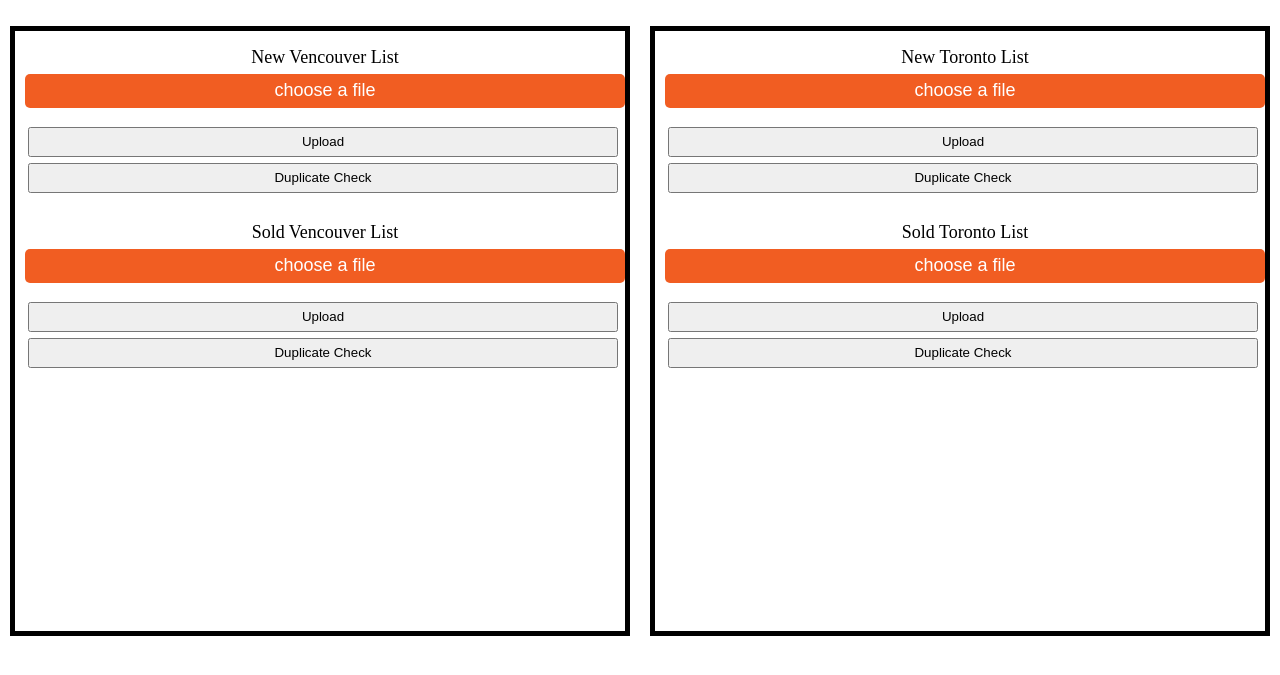
Repository: ah-sabbir/TIAM
Page: src/index.html
These files come from the project's save history. The page is drawn as it stood at one moment and after the next save; the edit follows.
The browser window is 1280 px wide. The pictures show the whole page.

Above is the page before, as saved 2022-05-16 17:27:02.
Console error: TypeError: Cannot read properties of null (reading 'addEventListener')

### src/index.html
<!DOCTYPE html>
<html>
  <head>
    <meta charset="UTF-8">
    <link rel="stylesheet" type="text/css" href="./index.css">
    <title>React-js + Electron + Sqlite3</title>
  </head>
  <body>
    <!-- <h1>React-js + Electron + Sqlite3</h1> -->
    <div id="app">
    </div>
    <div class="container">
      <div class="row">
        <div class="box">
          <label>New Vencouver List</label>
          <input type="file" accept=".csv" id="NewVencouverList" />
          <label for="NewVencouverList" />choose a file</label>
          <button id="btn-NewVencouverList-upload">Upload</button>
          <button id="btn-NewVencouverList-isDuplicate">Duplicate Check</button>
        </div>
        <div class="box">
          <label>Sold Vencouver List</label>
          <input type="file" accept=".csv" id="SoldVencouverList" />
          <label for="SoldVencouverList" />choose a file</label>
          <button id="btn-SoldVencouverList-upload">Upload</button>
          <button id="btn-SoldVencouverList-isDuplicate">Duplicate Check</button>
        </div>
      </div>
      <div class="row">
        <div class="box">
          <label>New Toronto List</label>
          <input type="file" accept=".csv" id="NewTorontoList" />
          <label for="NewTorontoList" />choose a file</label>
          <button id="btn-NewTorontoList-upload">Upload</button>
          <button id="btn-NewTorontoList-isDuplicate">Duplicate Check</button>
        </div>
        <div class="box">
          <label>Sold Toronto List</label>
          <input type="file" accept=".csv" id="SoldTorontoList" />
          <label for="SoldTorontoList" />choose a file</label>
          <button id="btn-SoldTorontoList-upload">Upload</button>
          <button id="btn-SoldTorontoList-isDuplicate">Duplicate Check</button>
        </div>
      </div>
    </div>


    <script src="./index.js"></script>
  </body>
</html>

### src/index.css

@charset "UTF-8";

.container{
    display: flex;
    flex-direction: row;
    align-items: center;
    align-content: center;
    justify-content: center;
}

.row{
    display: flex;
    flex-direction: column;
    margin: 10px;
    border: solid 5px black;
    width: 100%;
    min-height: 600px;
    max-height: 1024px;
}

.box{
    display: flex;
    flex-direction: column;
    align-items: flex-start;
    align-content: center;
    justify-content: center;
    /* height: 200px;
    width: 200px; */
    padding: 5px;
    margin: 5px;
}
button{
    width: 100%;
    height: 30px;
    margin: 3px;
}

label{
    width: 100%;
    text-align: center;
    padding: 5px;
}





[type=file] {
  height: 0;
  overflow: hidden;
  width: 0;
}

[type=file] + label {
    width: 100%;
    background: #f15d22;
    border: none;
    border-radius: 5px;
    color: #fff;
    cursor: pointer;
    display: inline-block;
    font-family: "Rubik", sans-serif;
    font-size: inherit;
    font-weight: 500;
    margin-bottom: 1rem;
    outline: none;
    /* padding: 1rem 50px; */
    /* position: relative; */
    transition: all 0.3s;
    vertical-align: middle;
}
[type=file] + label:hover {
  background-color: #d3460d;
}
[type=file] + label.btn-1 {
  background-color: #f79159;
  box-shadow: 0 6px #f57128;
  transition: none;
}
[type=file] + label.btn-1:hover {
  box-shadow: 0 4px #f57128;
  top: 2px;
}
[type=file] + label.btn-2 {
  background-color: #99c793;
  border-radius: 50px;
  overflow: hidden;
}
[type=file] + label.btn-2::before {
  color: #fff;
  content: "";
  font-family: "Font Awesome 5 Pro";
  font-size: 100%;
  height: 100%;
  right: 130%;
  line-height: 3.3;
  position: absolute;
  top: 0px;
  transition: all 0.3s;
}
[type=file] + label.btn-2:hover {
  background-color: #497f42;
}
[type=file] + label.btn-2:hover::before {
  right: 75%;
}
[type=file] + label.btn-3 {
  background-color: #ee6d9e;
  border-radius: 0;
  overflow: hidden;
}
[type=file] + label.btn-3 span {
  display: inline-block;
  height: 100%;
  transition: all 0.3s;
  width: 100%;
}
[type=file] + label.btn-3::before {
  color: #fff;
  content: "";
  font-family: "Font Awesome 5 Pro";
  font-size: 130%;
  height: 100%;
  left: 0;
  line-height: 2.6;
  position: absolute;
  top: -180%;
  transition: all 0.3s;
  width: 100%;
}
[type=file] + label.btn-3:hover {
  background-color: #ae144f;
}
[type=file] + label.btn-3:hover span {
  transform: translateY(300%);
}
[type=file] + label.btn-3:hover::before {
  top: 0;
}

body {
  font-family: "Literata", serif;
  font-size: 18px;
  line-height: 1.3;
  margin: 1rem 0;
  text-align: center;
}

.wrapper {
  background-color: #fff;
  border-radius: 1rem;
  margin: 0 auto;
  max-width: 500px;
  padding: 2rem;
  width: 100%;
}

.footer {
  font-size: 0.8rem;
  margin-bottom: 0;
  margin-top: 3rem;
}

h1,
p {
  margin-bottom: 2rem;
}

h1 {
  font-family: "Rubik", sans-serif;
  font-size: 1.7rem;
}

a {
  color: #31c1ef;
  text-decoration: none;
}

### src/index.js
const btn = document.getElementById("btn-signal");
const file = document.getElementById("NewVancouver");
var punctuationRegEx = /[!-/:-@[-`{-~¡-©«-¬®-±´¶-¸»¿×÷˂-˅˒-˟˥-˫˭˯-˿͵;΄-΅·϶҂՚-՟։-֊־׀׃׆׳-״؆-؏؛؞-؟٪-٭۔۩۽-۾܀-܍߶-߹।-॥॰৲-৳৺૱୰௳-௺౿ೱ-ೲ൹෴฿๏๚-๛༁-༗༚-༟༴༶༸༺-༽྅྾-࿅࿇-࿌࿎-࿔၊-၏႞-႟჻፠-፨᎐-᎙᙭-᙮᚛-᚜᛫-᛭᜵-᜶។-៖៘-៛᠀-᠊᥀᥄-᥅᧞-᧿᨞-᨟᭚-᭪᭴-᭼᰻-᰿᱾-᱿᾽᾿-῁῍-῏῝-῟῭-`´-῾\u2000-\u206e⁺-⁾₊-₎₠-₵℀-℁℃-℆℈-℉℔№-℘℞-℣℥℧℩℮℺-℻⅀-⅄⅊-⅍⅏←-⏧␀-␦⑀-⑊⒜-ⓩ─-⚝⚠-⚼⛀-⛃✁-✄✆-✉✌-✧✩-❋❍❏-❒❖❘-❞❡-❵➔➘-➯➱-➾⟀-⟊⟌⟐-⭌⭐-⭔⳥-⳪⳹-⳼⳾-⳿⸀-\u2e7e⺀-⺙⺛-⻳⼀-⿕⿰-⿻\u3000-〿゛-゜゠・㆐-㆑㆖-㆟㇀-㇣㈀-㈞㈪-㉃㉐㉠-㉿㊊-㊰㋀-㋾㌀-㏿䷀-䷿꒐-꓆꘍-꘏꙳꙾꜀-꜖꜠-꜡꞉-꞊꠨-꠫꡴-꡷꣎-꣏꤮-꤯꥟꩜-꩟﬩﴾-﴿﷼-﷽︐-︙︰-﹒﹔-﹦﹨-﹫！-／：-＠［-｀｛-･￠-￦￨-￮￼-�]|\ud800[\udd00-\udd02\udd37-\udd3f\udd79-\udd89\udd90-\udd9b\uddd0-\uddfc\udf9f\udfd0]|\ud802[\udd1f\udd3f\ude50-\ude58]|\ud809[\udc00-\udc7e]|\ud834[\udc00-\udcf5\udd00-\udd26\udd29-\udd64\udd6a-\udd6c\udd83-\udd84\udd8c-\udda9\uddae-\udddd\ude00-\ude41\ude45\udf00-\udf56]|\ud835[\udec1\udedb\udefb\udf15\udf35\udf4f\udf6f\udf89\udfa9\udfc3]|\ud83c[\udc00-\udc2b\udc30-\udc93]/g;
// const electron = require('electron');
// const path = require('path');

btn.addEventListener("click",function(){
   var path = file.files[0].path
   window.api.readTorontoSoldCSV(path);
});















// btn.addEventListener("click",function(){
//     // window.api.readTorontoSoldCSV()
//     // Owner = "this is test owner";
//     // PropertyAddress = "1712-125 Redpath Ave";
//     // City = "Toronto";
//     // State = "Ontario";
//     // ZipCode = "M4S 0B5";

//     // FullAddressCleaned = (PropertyAddress+City+State+ZipCode).replaceAll(punctuationRegEx, '').replace(/(\s){2,}/g, '$1').toLowerCase().replaceAll(/\s/g,'');
//     // window.api.create_Sold_Toronto(Owner, PropertyAddress, City, State, ZipCode, FullAddressCleaned);
// })

After the next save:
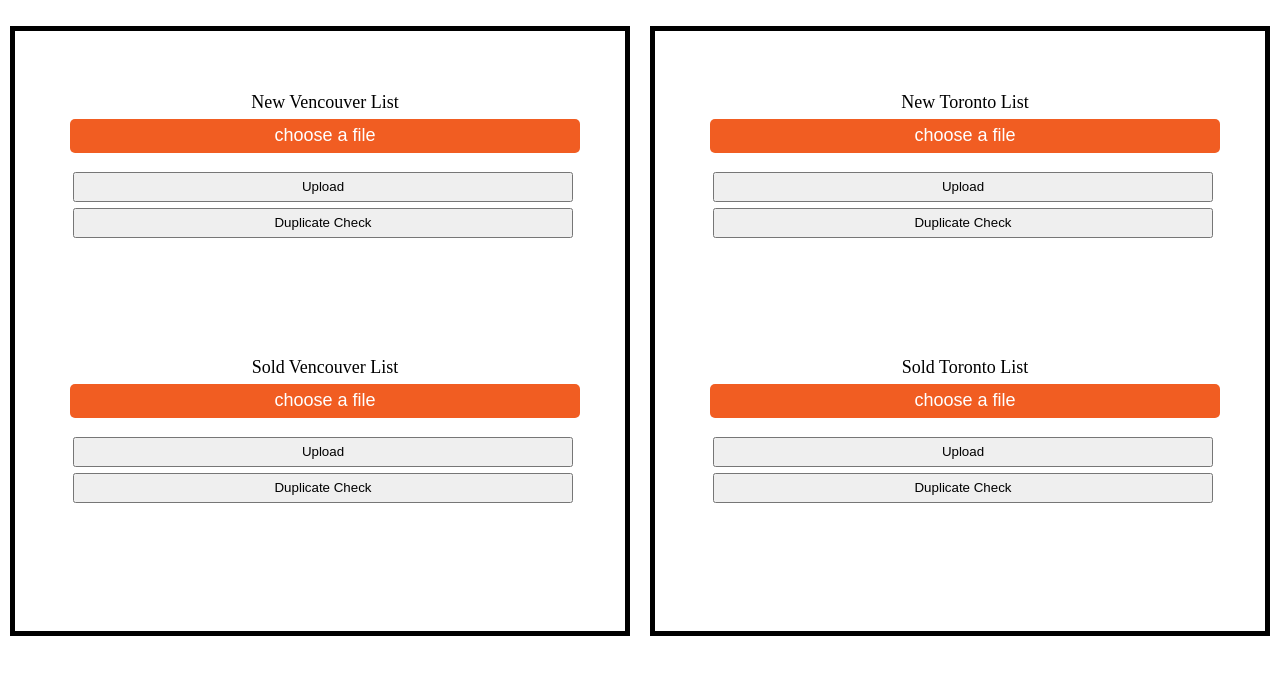
Saved 71 s later.
--- a/src/index.css
+++ b/src/index.css
@@ -27,7 +27,7 @@
     justify-content: center;
     /* height: 200px;
     width: 200px; */
-    padding: 5px;
+    padding: 50px;
     margin: 5px;
 }
 button{
